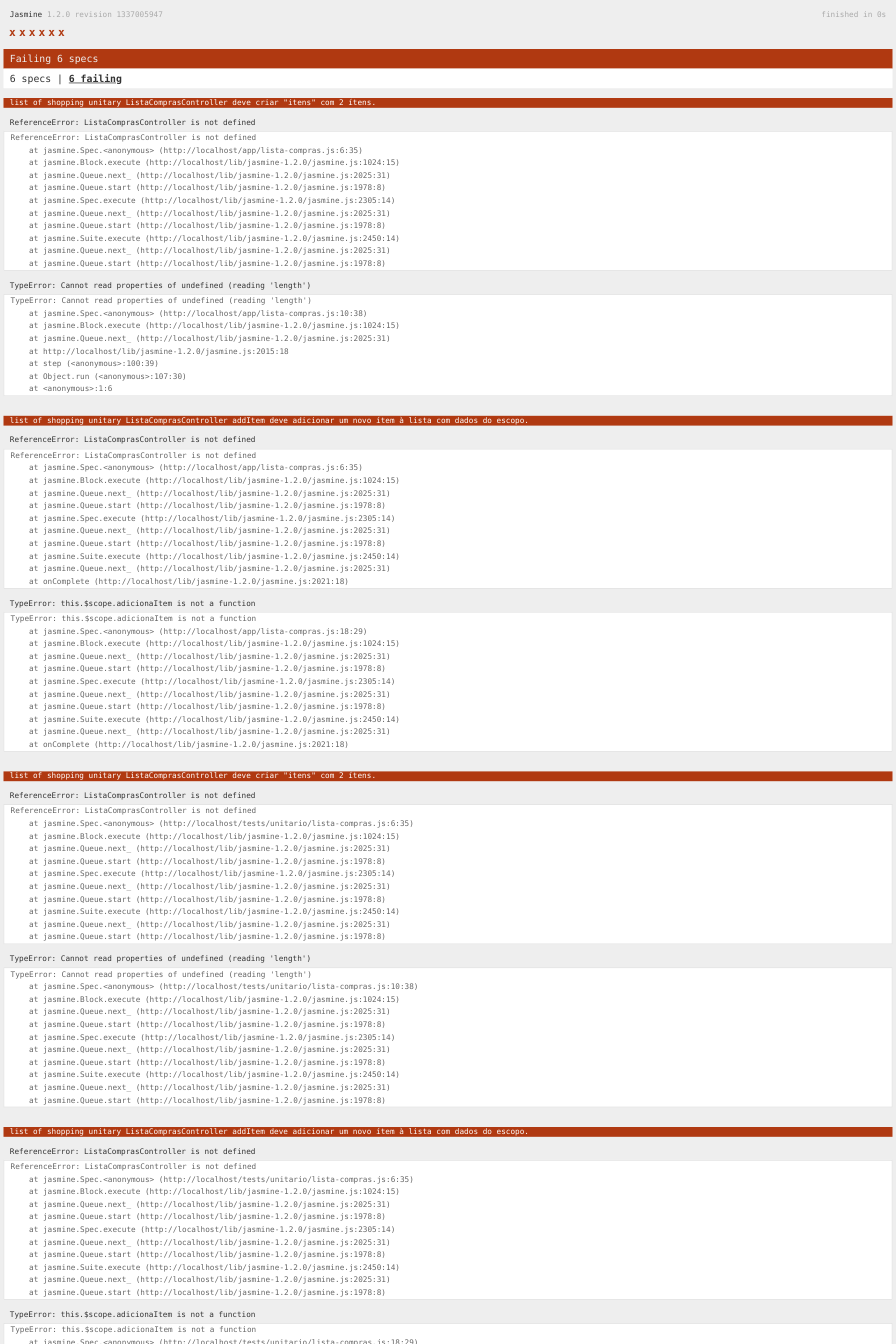
Repository: leoseth/crd
Page: workspace/tests/SpecRunner.html
The author's editor kept a record of every edit. The page is drawn from the files as they stood at one moment, then again after the next edit.
The browser window is 1280 px wide. The pictures show the part of the page from y = 0 to 1920 px (the page is 3134 px tall), at 70% of full size.

Above is the page before.

### workspace/tests/SpecRunner.html
<!DOCTYPE HTML PUBLIC "-//W3C//DTD HTML 4.01 Transitional//EN"
  "http://www.w3.org/TR/html4/loose.dtd">
<html>
<head>
  <title>Jasmine Spec Runner</title>
  <meta charset="utf-8" />
  <link rel="shortcut icon" type="image/png" href="../lib/jasmine-1.2.0/jasmine_favicon.png">
  <link rel="stylesheet" type="text/css" href="../lib/jasmine-1.2.0/jasmine.css">
  <script type="text/javascript" src="../lib/jasmine-1.2.0/jasmine.js"></script>
  <script type="text/javascript" src="../lib/jasmine-1.2.0/jasmine-html.js"></script>
  <script type="text/javascript" src="../app/lista-compras.js"></script>
  <script type="text/javascript" src="unitario/lista-compras.js"></script>
  <script type="text/javascript" src="funcional/lista-compras.js"></script>

  <script type="text/javascript">
    (function() {
      var jasmineEnv = jasmine.getEnv();
      jasmineEnv.updateInterval = 1000;

      var htmlReporter = new jasmine.HtmlReporter();

      jasmineEnv.addReporter(htmlReporter);

      jasmineEnv.specFilter = function(spec) {
        return htmlReporter.specFilter(spec);
      };

      var currentWindowOnload = window.onload;

      window.onload = function() {
        if (currentWindowOnload) {
          currentWindowOnload();
        }
        execJasmine();
      };

      function execJasmine() {
        jasmineEnv.execute();
      }

    })();
  </script>

</head>

<body>
</body>
</html>

### workspace/tests/unitario/lista-compras.js
describe('list of shopping unitary', function () {

    describe('ListaComprasController', function () {
        beforeEach(function () {
            this.$scope = {};
            this.controller = new ListaComprasController(this.$scope);
        });

        it('deve criar "itens" com 2 ítens', function () {
            expect(this.$scope.itens.length).toBe(2);
        });

        describe('addItem', function () {
            it('deve adicionar um novo ítem à lista com dados do escopo', function () {
                this.$scope.item = {};
                this.$scope.item.product = 'Carne';
                this.$scope.item.quantity = 5;
                this.$scope.adicionaItem();
                expect(this.$scope.itens.length).toBe(3);
                expect(this.$scope.itens[2].product).toBe('Carne');
                expect(this.$scope.itens[2].quantity).toBe(5);
                expect(this.$scope.itens[2].compare).toBeFalse;
            });
        });

    });

});

Loaded but not shown: workspace/lib/jasmine-1.2.0/jasmine.css (library); workspace/lib/jasmine-1.2.0/jasmine.js (library); workspace/lib/jasmine-1.2.0/jasmine-html.js (library)

After the next edit:
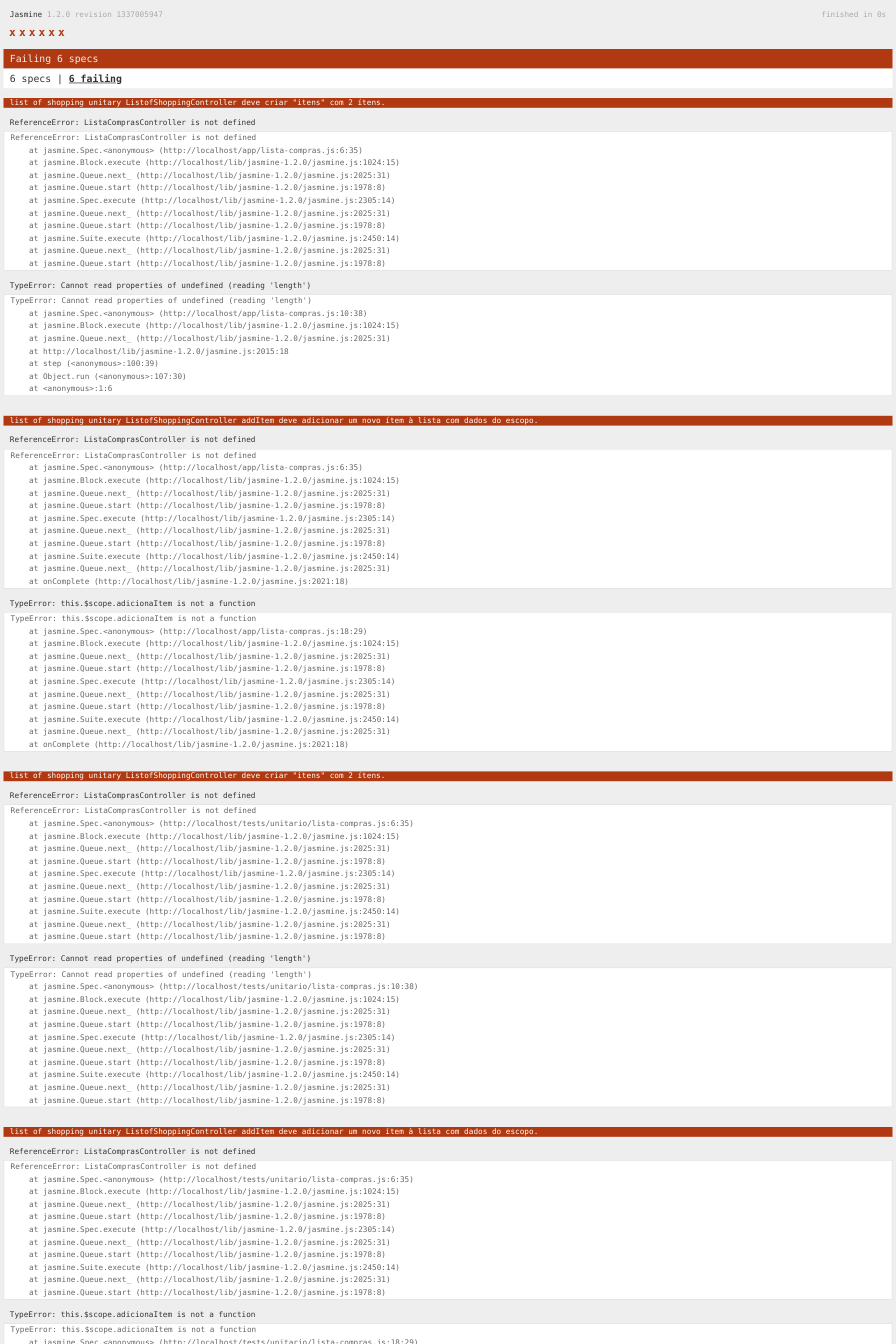
The edit:
--- a/workspace/tests/unitario/lista-compras.js
+++ b/workspace/tests/unitario/lista-compras.js
@@ -1,6 +1,6 @@
 describe('list of shopping unitary', function () {
 
-    describe('ListaComprasController', function () {
+    describe('ListofShoppingController', function () {
         beforeEach(function () {
             this.$scope = {};
             this.controller = new ListaComprasController(this.$scope);
